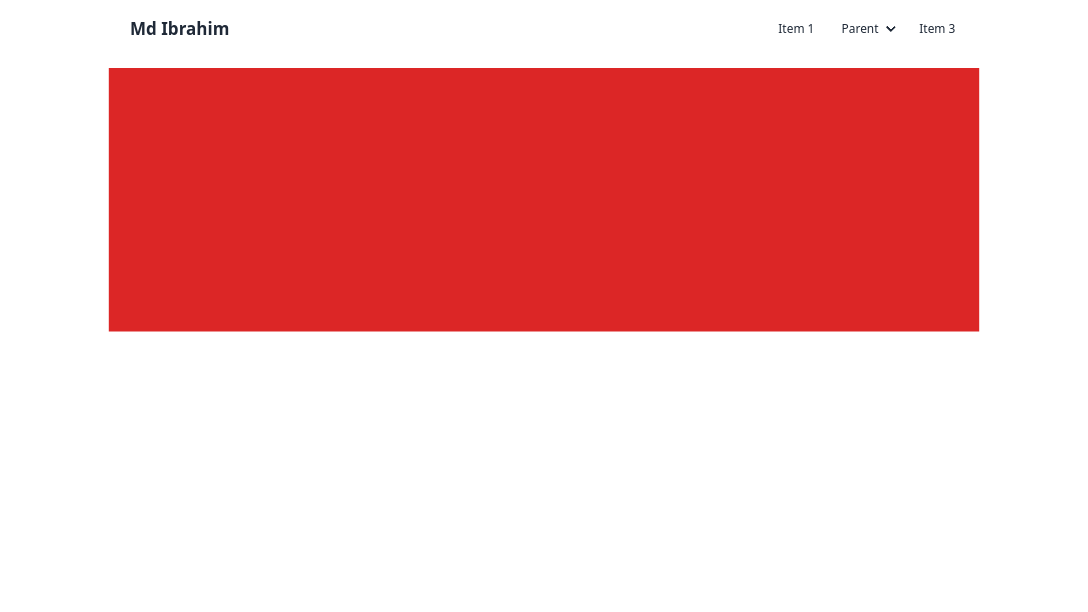
Repository: mdrubel02/portfilo
Page: /
An editor plug-in stored every save of this project. The page is shown before and after the next save, followed by the edit.
The browser window is 1280 px wide. The pictures show the whole page, at 85% of full size.
The project was rebuilt for these pictures with package versions that can differ from the ones it lists, and the page was loaded fresh each time. Also part of the build but not shown: vite.config.js.

Above is the page before, as saved 2023-06-22 19:50:34.

### src/main.jsx
import React from 'react'
import ReactDOM from 'react-dom/client'
import './index.css'
import { RouterProvider } from 'react-router-dom'
import router from './Layout/routes'



ReactDOM.createRoot(document.getElementById('root')).render(
  <React.StrictMode>
    <div className='max-w-screen-lg mx-auto'>
      <RouterProvider router={router} />
    </div>
  </React.StrictMode>,
)

### src/Layout/routes.jsx
import { createBrowserRouter } from "react-router-dom";
import Main from "./Main";
import Home from "../Pages/Home/Home";


const router = createBrowserRouter([
  {
    path: "/",
    element: <Main />,
    children: [
      { path: '/', element: <Home /> },
      { path: '/home', element: <Home /> }
    ]
  }
]);

export default router;

### src/Layout/Main.jsx
import React from 'react';
import Navbar from '../Shared/Navbar/Navbar';
import { Outlet } from 'react-router-dom';

const Main = () => {
    return (
        <div className=''>
            <Navbar />
            <Outlet />
        </div>
    );
};

export default Main;

### src/Pages/Home/Home.jsx
import React from 'react';

const Home = () => {
    return (
        <div className='mt-3'>
            <div className='h-[310px] bg-red-600'>
                <div>

                </div>
            </div>
        </div>
    );
};

export default Home;

### src/Shared/Navbar/Navbar.jsx
import React from 'react';

const Navbar = () => {
    return (
        <div className="navbar bg-base-100 ">
            <div className="navbar-start">
            <div className="dropdown ">
                    <label tabIndex={0} className="btn btn-ghost lg:hidden">
                        <svg xmlns="http://www.w3.org/2000/svg" className="h-5 w-5" fill="none" viewBox="0 0 24 24" stroke="currentColor"><path strokeLinecap="round" strokeLinejoin="round" strokeWidth="2" d="M4 6h16M4 12h8m-8 6h16" /></svg>
                    </label>
                    <ul tabIndex={0} className="menu menu-sm dropdown-content mt-3 z-[1] p-2 shadow bg-base-100 rounded-box w-52">
                        <li><a>Item 1</a></li>
                        <li>
                            <a>Parent</a>
                            <ul className="p-2">
                                <li><a>Submenu 1</a></li>
                                <li><a>Submenu 2</a></li>
                            </ul>
                        </li>
                        <li><a>Item 3</a></li>
                    </ul>
                </div>
                <a className="btn btn-ghost normal-case text-xl">Md Ibrahim</a>
            </div>
            <div className="navbar-end hidden lg:flex">
                <ul className="menu menu-horizontal px-1">
                    <li><a>Item 1</a></li>
                    <li tabIndex={0}>
                        <details>
                            <summary>Parent</summary>
                            <ul className="p-2">
                                <li><a>Submenu 1</a></li>
                                <li><a>Submenu 2</a></li>
                            </ul>
                        </details>
                    </li>
                    <li><a>Item 3</a></li>
                </ul>
            </div>


        </div>
    );
};

export default Navbar;

Loaded but not shown: index.html (common file); src/index.css (common file); tailwind.config.js (common file)

After the next save:
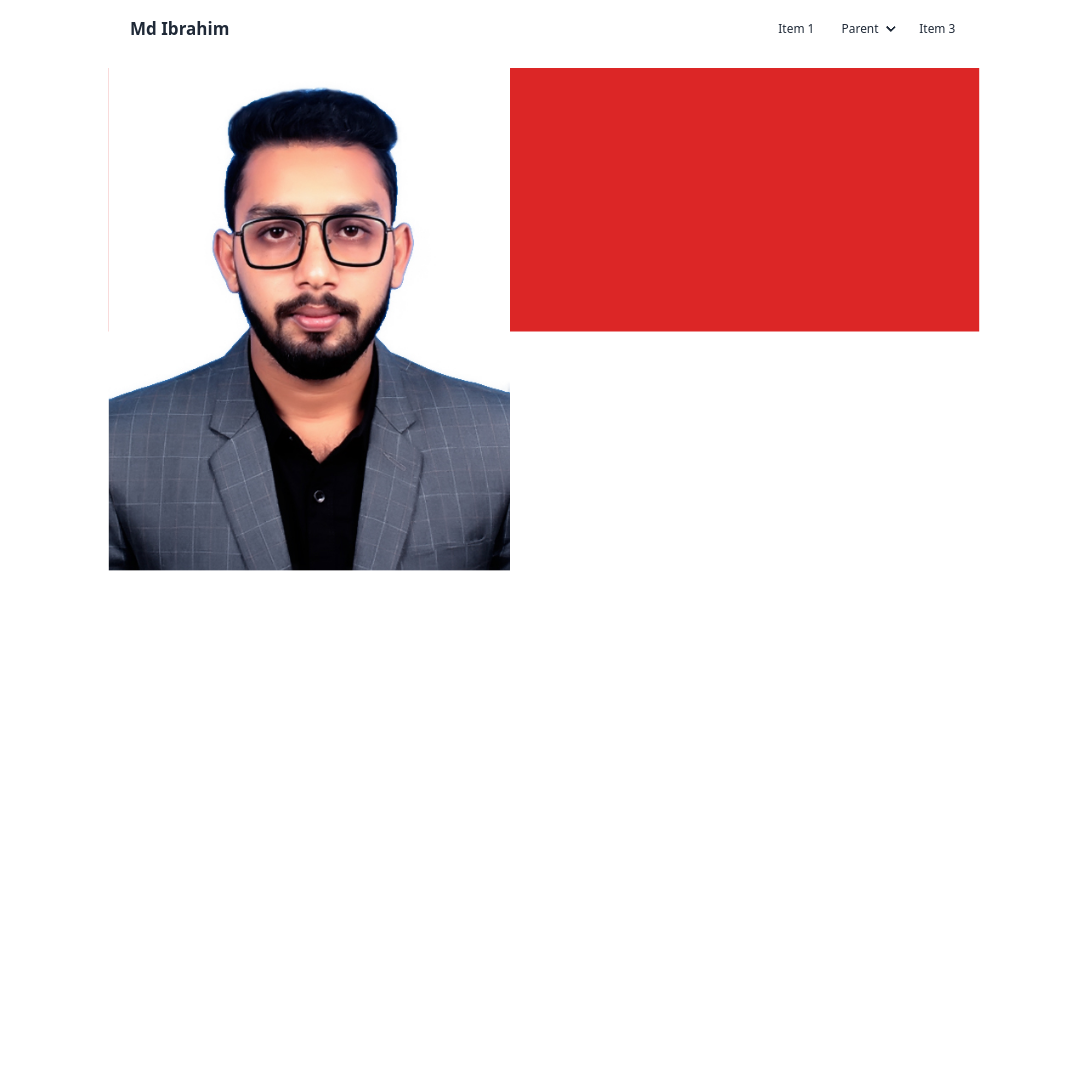
Saved 3 min 56 s later.
--- a/src/Pages/Home/Home.jsx
+++ b/src/Pages/Home/Home.jsx
@@ -1,11 +1,15 @@
 import React from 'react';
+import profile from '../../assets/nayeem.jpg'
 
 const Home = () => {
     return (
         <div className='mt-3'>
             <div className='h-[310px] bg-red-600'>
-                <div>
-
+                <div className='grid grid-rows-2 grid-flow-col gap-4'>
+                    <div>
+                        <img src={profile} alt="profile" />
+                    </div>
+                    <div></div>
                 </div>
             </div>
         </div>

After the save that followed:
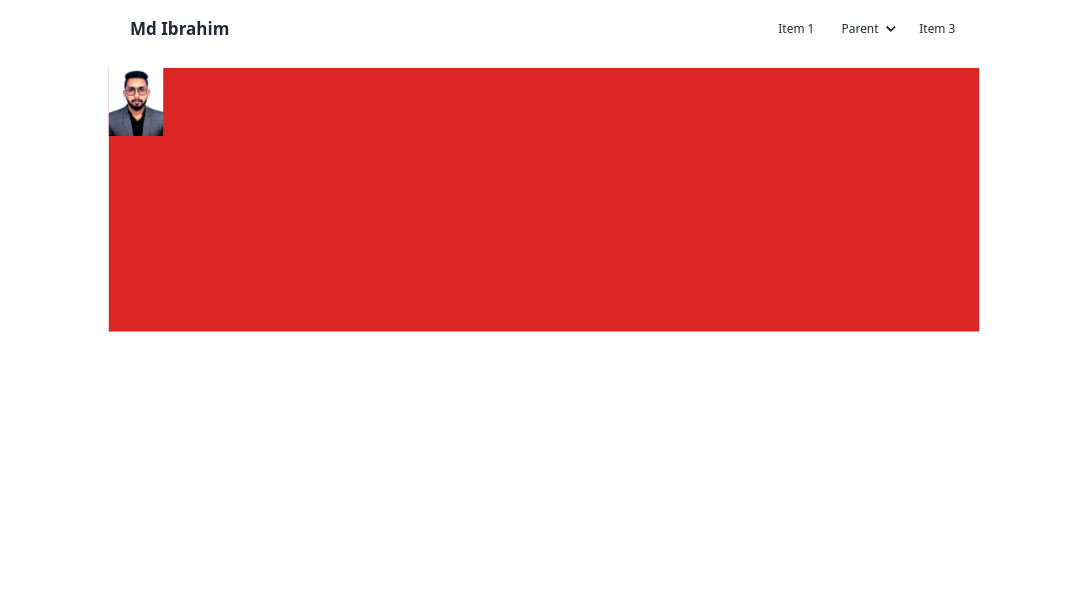
Saved 31 s later.
--- a/src/Pages/Home/Home.jsx
+++ b/src/Pages/Home/Home.jsx
@@ -7,7 +7,7 @@
             <div className='h-[310px] bg-red-600'>
                 <div className='grid grid-rows-2 grid-flow-col gap-4'>
                     <div>
-                        <img src={profile} alt="profile" />
+                        <img className='h-20' src={profile} alt="profile" />
                     </div>
                     <div></div>
                 </div>
